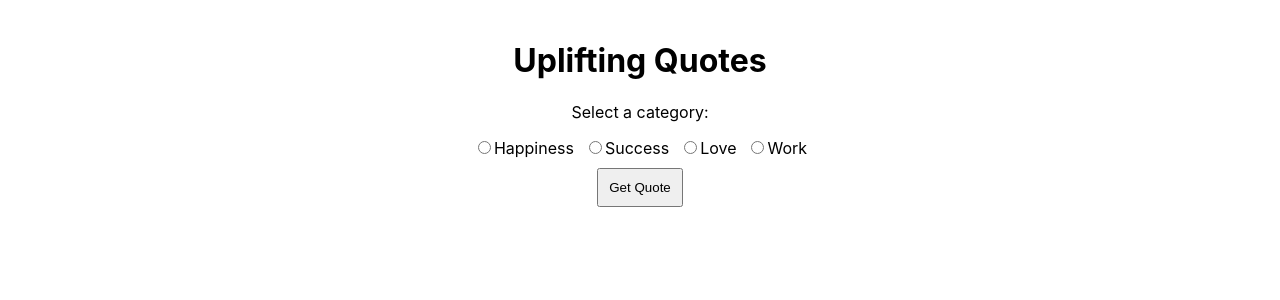
Repository: Allen-Feng-04/Advice_Generator
Page: /
These files come from the project's save history. The page is drawn as it stood at one moment and after the next save; the edit follows.
The browser window is 1280 px wide. The pictures show the whole page.
The project was rebuilt for these pictures with package versions that can differ from the ones it lists, and the page was loaded fresh each time.

Above is the page before, as saved 2024-10-26 22:42:40.

### public/index.html
<!DOCTYPE html>
<html lang="en">
  <head>
    <meta charset="utf-8" />
    <link rel="icon" href="%PUBLIC_URL%/favicon.ico" />
    <meta name="viewport" content="width=device-width, initial-scale=1" />
    <meta name="theme-color" content="#000000" />
    <meta
      name="description"
      content="Web site created using create-react-app"
    />
    <link rel="apple-touch-icon" href="%PUBLIC_URL%/logo192.png" />
    <!--
      manifest.json provides metadata used when your web app is installed on a
      user's mobile device or desktop. See https://developers.google.com/web/fundamentals/web-app-manifest/
    -->
    <link rel="manifest" href="%PUBLIC_URL%/manifest.json" />
    <!--
      Notice the use of %PUBLIC_URL% in the tags above.
      It will be replaced with the URL of the `public` folder during the build.
      Only files inside the `public` folder can be referenced from the HTML.

      Unlike "/favicon.ico" or "favicon.ico", "%PUBLIC_URL%/favicon.ico" will
      work correctly both with client-side routing and a non-root public URL.
      Learn how to configure a non-root public URL by running `npm run build`.
    -->
    <title>React Appdd</title>
  </head>
  <body>
    <noscript>You need to enable JavaScript to run this appfff.</noscript>
    <div id="root"></div>
    <!--
      This HTML file is a template.
      If you open it directly in the browser, you will see an empty page.

      You can add webfonts, meta tags, or analytics to this file.
      The build step will place the bundled scripts into the <body> tag.

      To begin the development, run `npm start` or `yarn start`.
      To create a production bundle, use `npm run build` or `yarn build`.
    -->
  </body>
</html>

### src/App.js
import React, { useState } from 'react';

function App() {
    // State to store the selected keyword
    const [keyword, setKeyword] = useState('');
    // State to store the quote and author fetched from the API
    const [quote, setQuote] = useState('');
    const [author, setAuthor] = useState('');

    // Function to fetch a quote based on the selected keyword
    const fetchQuote = async () => {
        const apiUrl = `https://zenquotes.io/api/quotes?keyword=${keyword}`;
        try {
            const response = await fetch(apiUrl);
            const data = await response.json();
            if (data && data.length > 0) {
                setQuote(data[0].q); // Set the quote text
                setAuthor(data[0].a); // Set the author of the quote
            } else {
                setQuote("No quotes found for that keyword. Try another!");
                setAuthor("");
            }
        } catch (error) {
            setQuote("Error fetching quote. Please try again later.");
            setAuthor("");
        }
    };

    // Function to handle form submission
    const handleSubmit = (e) => {
        e.preventDefault();
        fetchQuote();
    };

    return (
        <div style={{ textAlign: 'center', padding: '20px' }}>
            <h1>Uplifting Quotes</h1>
            <form onSubmit={handleSubmit}>
                <p>Select a category:</p>
                <label>
                    <input
                        type="radio"
                        value="happiness"
                        checked={keyword === "happiness"}
                        onChange={(e) => setKeyword(e.target.value)}
                    />
                    Happiness
                </label>
                <label style={{ marginLeft: '10px' }}>
                    <input
                        type="radio"
                        value="success"
                        checked={keyword === "success"}
                        onChange={(e) => setKeyword(e.target.value)}
                    />
                    Success
                </label>
                <label style={{ marginLeft: '10px' }}>
                    <input
                        type="radio"
                        value="love"
                        checked={keyword === "love"}
                        onChange={(e) => setKeyword(e.target.value)}
                    />
                    Love
                </label>
                <label style={{ marginLeft: '10px' }}>
                    <input
                        type="radio"
                        value="work"
                        checked={keyword === "work"}
                        onChange={(e) => setKeyword(e.target.value)}
                    />
                    Work
                </label>
                <br />
                <button type="submit" style={{ padding: '10px', marginTop: '10px' }}>Get Quote</button>
            </form>
            <div style={{ marginTop: '20px' }}>
                {quote && <p style={{ fontSize: '1.5em', fontStyle: 'italic' }}>"{quote}"</p>}
                {author && <p style={{ fontWeight: 'bold' }}>- {author}</p>}
            </div>
        </div>
    );
}

export default App;

Loaded but not shown: src/index.js (common file); src/index.css (common file); src/reportWebVitals.js (common file)

After the next save:
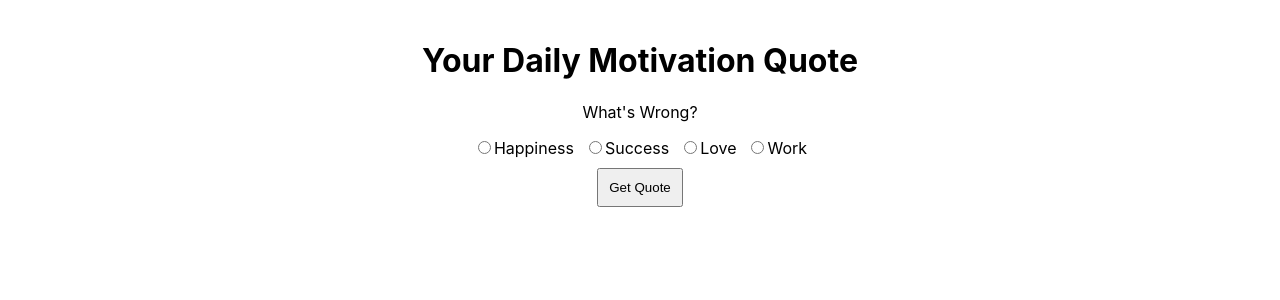
Saved 22 min 1 s later.
--- a/src/App.js
+++ b/src/App.js
@@ -1,9 +1,8 @@
 import React, { useState } from 'react';
 
 function App() {
-    // State to store the selected keyword
+    // States to store the user's selected situation, respective quote, and author
     const [keyword, setKeyword] = useState('');
-    // State to store the quote and author fetched from the API
     const [quote, setQuote] = useState('');
     const [author, setAuthor] = useState('');
 
@@ -34,9 +33,9 @@ function App() {
 
     return (
         <div style={{ textAlign: 'center', padding: '20px' }}>
-            <h1>Uplifting Quotes</h1>
+            <h1>Your Daily Motivation Quote</h1>
             <form onSubmit={handleSubmit}>
-                <p>Select a category:</p>
+                <p>What's Wrong?</p>
                 <label>
                     <input
                         type="radio"
